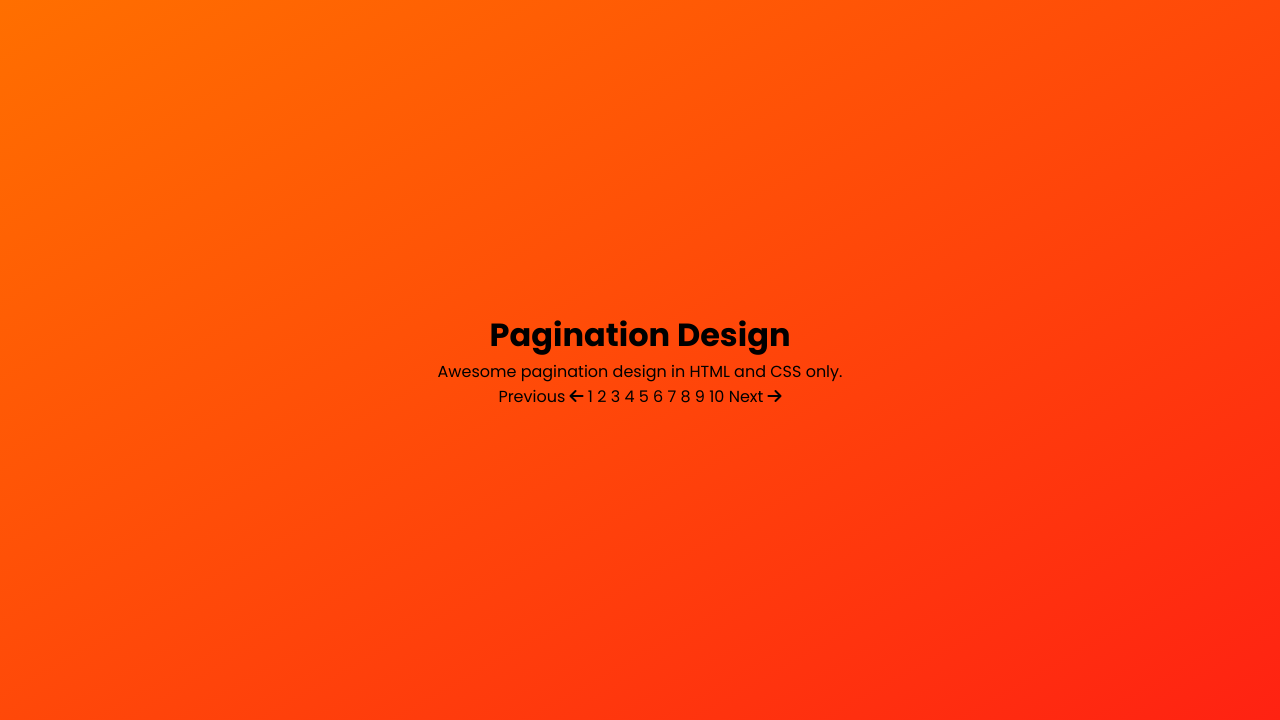
Repository: Ankitkr2021/Awesome-Pagination
Page: index.html
An editor plug-in stored every save of this project. The page is shown before and after the next save, followed by the edit.
The browser window is 1280 px wide. The pictures show the whole page.

Above is the page before, as saved 2025-10-02 08:56:37.

### index.html
<!DOCTYPE html>
<html lang="en">
<head>
    <meta charset="UTF-8">
    <meta name="viewport" content="width=device-width, initial-scale=1.0">
    <title>Document</title>
    <link rel="stylesheet" href="https://cdnjs.cloudflare.com/ajax/libs/font-awesome/6.5.0/css/all.min.css">
    <link rel="stylesheet" href="./style.css">
</head>
<body>
    <div class="page">
        <h1>Pagination Design</h1>
        <p>Awesome pagination design in HTML and CSS only.</p>
        <div class="box">
            Previous <i class="fas fa-arrow-left"></i>
            1
            2
            3
            4
            5
            6
            7
            8
            9
            10
            Next <i class="fas fa-arrow-right"></i>
        </div>
    </div>
</body>
</html>

### style.css
@import url("https://fonts.googleapis.com/css2?family=Poppins:wght@300;400;500;600;700&display=swap");

*{
    margin: 0;
    padding: 0;
    box-sizing: border-box;
    font-family: "Poppins",sans-serif;
}

body{
    display: flex;
   justify-content: center;
   align-items: center;
    height: 100vh;
    width: 100%;
    background: linear-gradient(to bottom right, rgb(255, 111, 0), rgb(255, 34, 18));
}

.page{
   display: flex;
   justify-content: center;
   align-items: center;
   flex-direction: column;
}

After the next save:
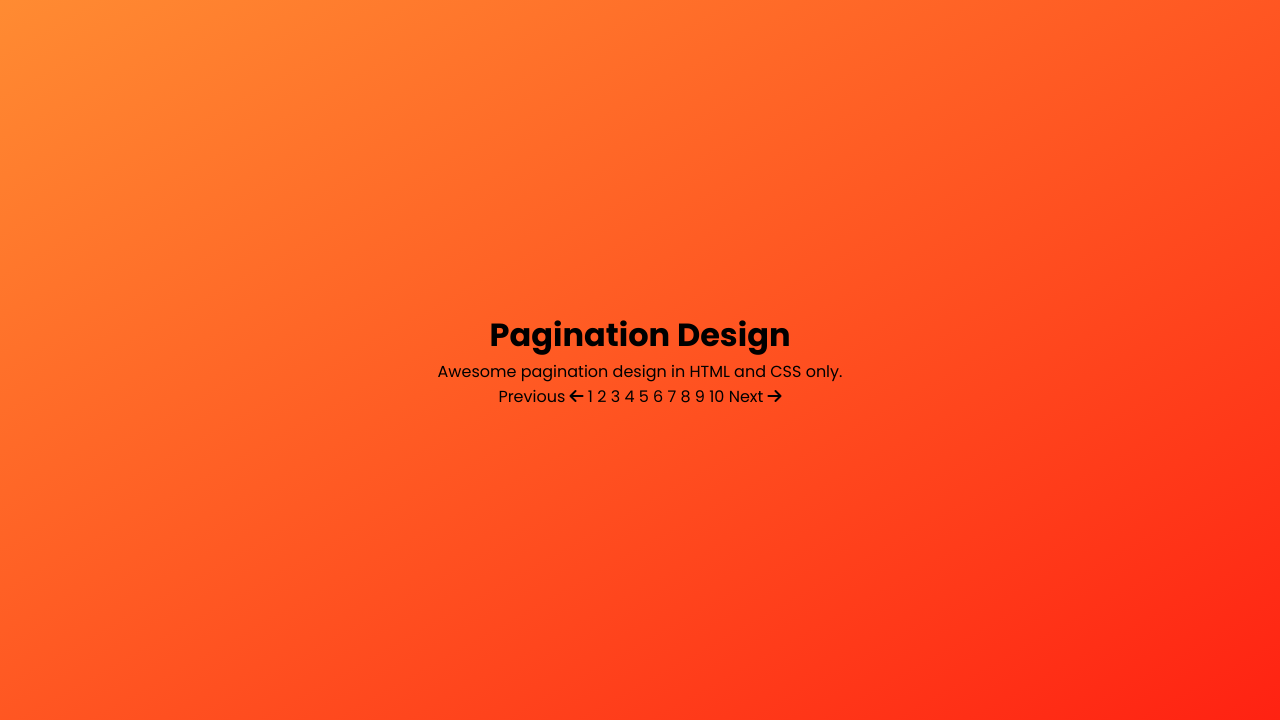
Saved 7 s later.
--- a/style.css
+++ b/style.css
@@ -13,7 +13,7 @@ body{
    align-items: center;
     height: 100vh;
     width: 100%;
-    background: linear-gradient(to bottom right, rgb(255, 111, 0), rgb(255, 34, 18));
+    background: linear-gradient(to bottom right, rgb(255, 139, 50), rgb(255, 34, 18));
 }
 
 .page{
